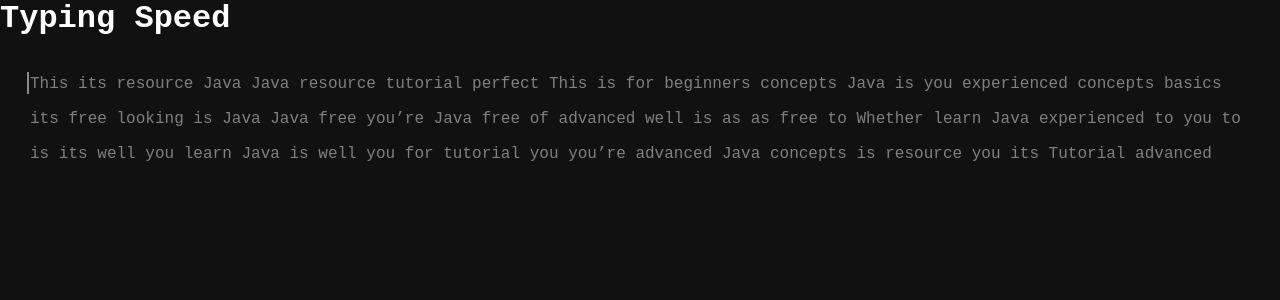
Repository: ThisIsSahaj/Js-Games
Page: TypingSpeed/index.html
The author's editor kept a copy of each file at every save. The page is drawn from the files as they stood at one save, then again after the next save.
The browser window is 1280 px wide. The pictures show the whole page.

Above is the page before, as saved 2024-05-19 00:42:04.

### TypingSpeed/index.html
<!DOCTYPE html>
<html lang="en">
<head>
    <meta charset="UTF-8">
    <meta http-equiv="X-UA-Compatible" content="IE=edge">
    <meta name="viewport" content="width=device-width, initial-scale=1.0">
    <title>Typing Speed</title>
    <link rel="stylesheet" href="style.css">
</head>
<body>
    <h1>Typing Speed</h1>

    <div class="game">
        <div class="words"></div>
        <div class="cursor"></div>
    </div>
</body>
<script src="script.js"></script>
</html>

### TypingSpeed/style.css
*{
    margin: 0;
    padding: 0;
    box-sizing: border-box;
}

body{
    font-family: 'Roboto Mono', monospace;
    background-color: #111;
    color: white;
}

.game{
    /* border: 2px solid red; */
    margin: 30px ;
    line-height: 35px;
    height: 105px;
    overflow: hidden;
    color: gray;
    position: relative;
}

@keyframes blink {
    0%{
        opacity: 1;
    }
    50%{
        opacity: 0;
    }
    100%{
        opacity: 1;
    }
}

.cursor{
    width: 2px;
    height: 1.4rem;
    background: white;
    position: fixed;
    top: 72px;
    left: 27px;
    animation: blink .7s infinite;

}

.singleWord{
    /* border: 2px solid green; */
    display: inline-block;
}

 .correct {
    color: #fff;
}
 .incorrect {
    color: #f55;
}

### TypingSpeed/script.js
const words = 'This Java Tutorial is designed for beginners as well as experienced professionals Whether you’re looking to learn the basics of Java or its advanced concepts this free Java tutorial is the perfect resource for you'

const wordsDiv = document.querySelector('.words');

const body = document.querySelector('body');





// to split all the words whenever space comes and return an array
const newWords = words.split(" ");
// console.log(newWords);




const randomWord = () => {
    const randomIndex = Math.floor(Math.random() * newWords.length);
    return newWords[randomIndex];
}
// console.log(randomWord());


const formatWord = (word) => {
  return `
  <div class="singleWord"
  <span class="letter">
    ${word.split('').join('</span><span class="letter">')}</span>
  </div>
  `
}

const addClass = (element, className) => {
//   element.classlist.add(className);
     element.className += ' ' + className;
}

const removeClass = (element, className) => {
//   element.classlist.remove(className);
     element.className = element.className.replace(className, '');
}


const newGame = () => {
    wordsDiv.innerHTML = " ";

    for(let i=0; i<200; i++)
    {
        wordsDiv.innerHTML += formatWord(randomWord());
    }

    const singleWord = document.querySelector('.singleWord');
    console.log(singleWord);
    const letter = document.querySelector('.letter');
    console.log(letter)

    addClass(singleWord, 'current');
    addClass(letter, 'current');
}


body.addEventListener('keyup', ev => {
    // console.log(ev);

    const key = ev.key;


    const currentWord = document.querySelector('.singleWord.current');
    const currentLetter = document.querySelector('.letter.current');
    console.log(currentLetter);
    const expected = currentLetter.innerHTML;


    //check whether the input is a letter or not
    //if it's length is not equal to 1, it means it is 'Backspace'
    //if key is empty ' ' it means  it is the space key
    const isLetter = key.length === 1 && key !== ' ';


    console.log({key, expected});

    if (isLetter) {
      if (currentLetter) {
        addClass(currentLetter, key === expected ? 'correct' : 'incorrect');   //if key = expected key, then add class correct, if not then add class incorrect
        removeClass(currentLetter, 'current');
        addClass(currentLetter.nextSibling, 'current')
      }
    }

    // if key is SPACE
    if(key === ' ')
    {
      if (expected !== ' ') {
        const letterToInvalidate = [...document.querySelectorAll('.singleWord.current.letter:not(.correct)')]
        letterToInvalidate.forEach(letter => {
          addClass(letter, 'incorrect');
        });
      }
      removeClass(currentWord, 'current');
      addClass(currentWord.nextSibling, 'current')
    }
})


newGame();

After the next save:
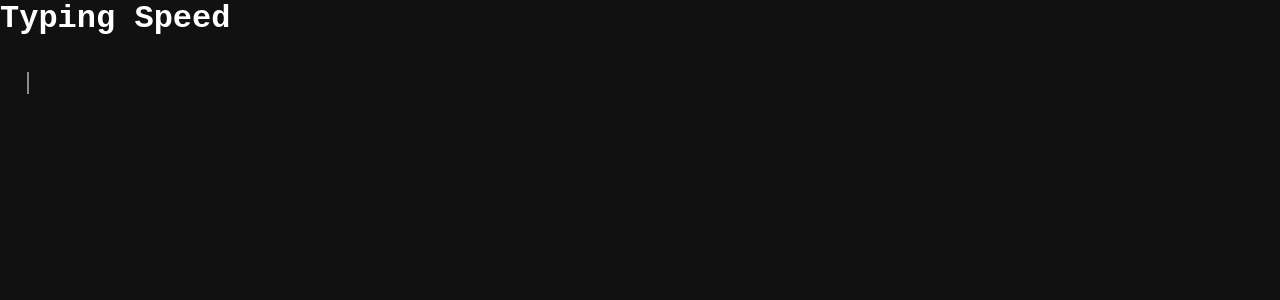
Console error: SyntaxError: Unexpected token ')'
Saved 77 s later.
--- a/TypingSpeed/script.js
+++ b/TypingSpeed/script.js
@@ -93,13 +93,13 @@
     {
       if (expected !== ' ') {
         const letterToInvalidate = [...document.querySelectorAll('.singleWord.current.letter:not(.correct)')]
-        letterToInvalidate.forEach(letter => {
-          addClass(letter, 'incorrect');
-        });
-      }
+      };
+      letterToInvalidate.forEach(letter => {
+        addClass(letter, 'incorrect');)
+    }
       removeClass(currentWord, 'current');
       addClass(currentWord.nextSibling, 'current')
-    }
+    s
 })
 
 

After the 2 saves that followed:
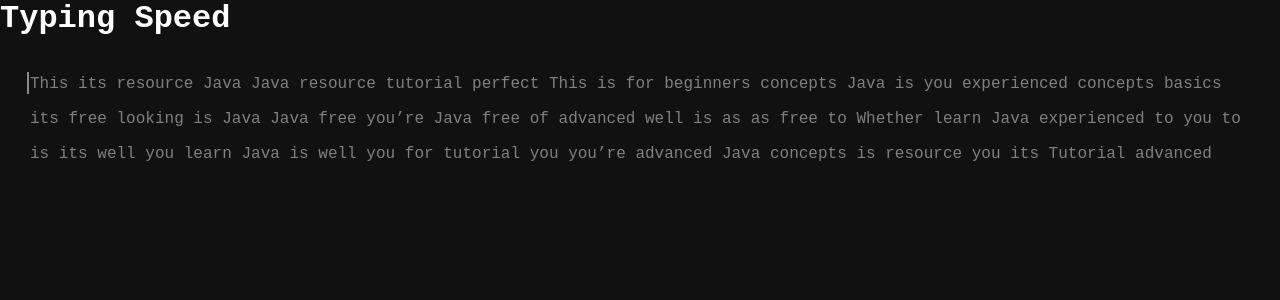
The error is gone.
The 2 saves are shown as one change because they came seconds apart.
The last was saved 11 s later.
--- a/TypingSpeed/script.js
+++ b/TypingSpeed/script.js
@@ -93,13 +93,13 @@
     {
       if (expected !== ' ') {
         const letterToInvalidate = [...document.querySelectorAll('.singleWord.current.letter:not(.correct)')]
-      };
-      letterToInvalidate.forEach(letter => {
-        addClass(letter, 'incorrect');)
-    }
+        letterToInvalidate.forEach(letter => {
+          addClass(letter, 'incorrect');
+        });
+      }
       removeClass(currentWord, 'current');
       addClass(currentWord.nextSibling, 'current')
-    s
+    }
 })
 
 
